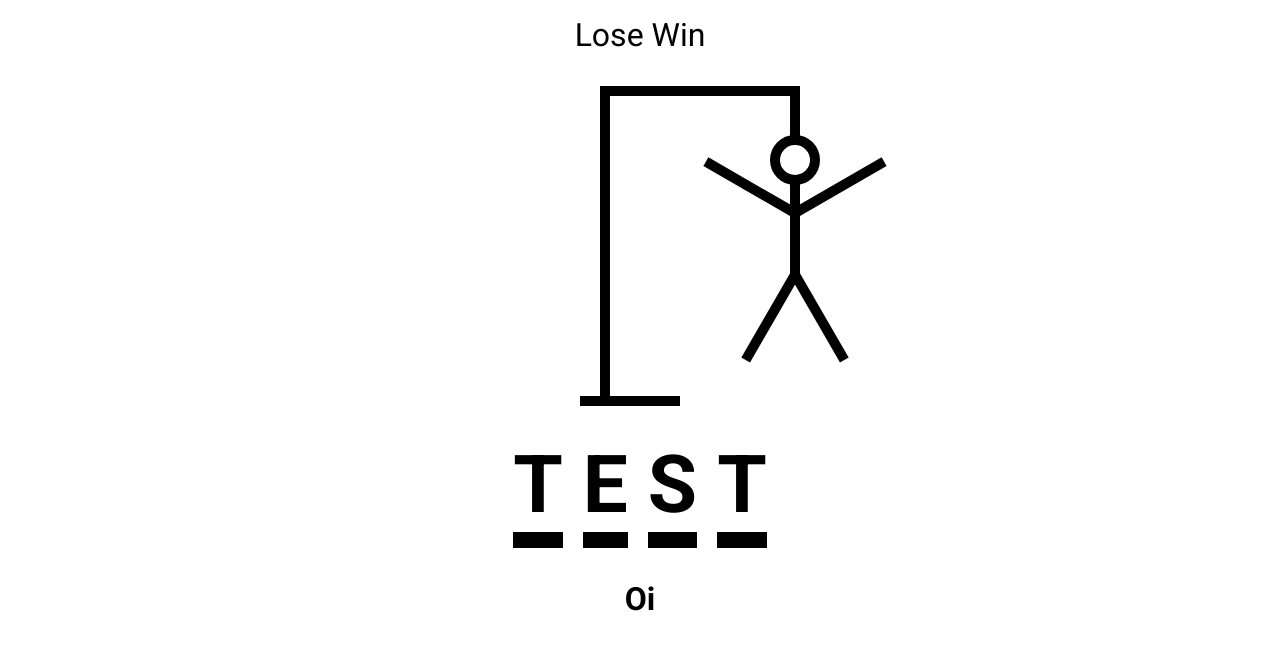
Repository: guilhermecardoso93/jogodaforca
Page: /
These files come from the project's save history. The page is drawn as it stood at one moment and after a run of saves; the edit follows.
The browser window is 1280 px wide. The pictures show the whole page.
The project was rebuilt for these pictures with package versions that can differ from the ones it lists, and the page was loaded fresh each time. Also part of the build but not shown: vite.config.ts.

Above is the page before, as saved 2022-12-06 21:15:31.

### index.html
<!DOCTYPE html>
<html lang="en">
  <head>
    <meta charset="UTF-8" />
    <link rel="icon" type="image/svg+xml" href="/vite.svg" />
    <meta name="viewport" content="width=device-width, initial-scale=1.0" />
    <link rel="preconnect" href="https://fonts.googleapis.com"><link
      rel="preconnect" href="https://fonts.gstatic.com" crossorigin><link
      href="https://fonts.googleapis.com/css2?family=Roboto:ital,wght@0,400;0,500;0,700;1,400&display=swap"
      rel="stylesheet">
    <title>Vite + React + TS</title>
  </head>
  <body>
    <div id="root"></div>
    <script type="module" src="/src/main.tsx"></script>
  </body>
</html>

### src/App.tsx
import { useState } from "react";
import words from "./wordList.json";

import { HangmanDrawing } from "./components/HangmanDrawing";
import { HangmanWord } from "./components/HangmanWord";
import { Keyboard } from "./components/Keyboard";

import "./App.css";

export function App() {
  const randomWords = () => {
    return words[Math.floor(Math.random() * words.length)];
  };

  const [wordToGuess, setWordToGuess] = useState(randomWords);
  const [guessedLetters, setGuessedLetters] = useState<string[]>([]);

  console.log(wordToGuess);
  return (
    <div className="container">
      <div className="loseOrWin">Lose Win</div>
      <HangmanDrawing />
      <HangmanWord />
      <Keyboard />
    </div>
  );
}

### src/wordList.json
[
  "capaz",
  "sobre",
  "absoluto",
  "aceitar",
  "conta",
  "alcançar",
  "através",
  "ativo",
  "real",
  "Admitem",
  "anunciar",
  "afetar",
  "proporcionar",
  "depois",
  "tarde",
  "novamente",
  "contra",
  "agente",
  "aceita",
  "permitir",
  "quase",
  "já",
  "tudo bem",
  "também",
  "Apesar",
  "sempre",
  "América",
  "quantia",
  "outro",
  "responda",
  "separado",
  "aparente",
  "aparecer",
  "Aplique",
  "nomear",
  "abordagem",
  "apropriado",
  "área",
  "argumentar",
  "arranjo",
  "associado",
  "presumir",
  "participar",
  "autoridade",
  "acessível",
  "consciente",
  "horrível",
  "bebê",
  "Saldo",
  "bola",
  "banco",
  "base",
  "base",
  "urso",
  "bater",
  "beleza",
  "Porque",
  "antes da",
  "começar",
  "acreditam",
  "beneficiar",
  "melhor",
  "entre",
  "conta",
  "nascimento",
  "Preto",
  "cara",
  "sangue",
  "golpe",
  "limite",
  "linha",
  "Lista",
  "ouço",
  "pequena",
  "viver",
  "carregar",
  "local",
  "trancar",
  "Londres",
  "grandes",
  "olhar",
  "senhor",
  "perder",
  "amor",
  "sorte",
  "almoço",
  "máquina",
  "faço",
  "gerir",
  "muitos",
  "marca",
  "mercado",
  "casar",
  "Combine",
  "matéria",
  "significa",
  "significado",
  "a medida",
  "encontrar",
  "membro",
  "menção",
  "meio",
  "poderia",
  "milha",
  "ouvir",
  "coração",
  "aquecer",
  "pesado",
  "inferno",
  "ajuda",
  "aqui",
  "Alto",
  "história",
  "aguarde",
  "feriado",
  "casa",
  "honesto",
  "esperança",
  "cavalo",
  "hospital",
  "hora",
  "lar",
  "Contudo",
  "olá",
  "centenas",
  "esposo",
  "idéia",
  "identificar",
  "Imagine",
  "importante",
  "melhorar",
  "incluir",
  "renda",
  "aumentar",
  "na verdade",
  "Individual",
  "indústria",
  "informar",
  "garantir",
  "interesse",
  "em",
  "introduzir",
  "investir",
  "envolver",
  "questão",
  "item",
  "Jesus",
  "Junte",
  "juiz",
  "pular",
  "apenas",
  "guarda",
  "matar",
  "Gentil",
  "rei",
  "cozinha",
  "bater",
  "conhecer",
  "trabalho",
  "senhora",
  "terra",
  "Língua",
  "ampla",
  "último",
  "tarde",
  "riso",
  "conduzir",
  "aprender",
  "sair",
  "deixei",
  "menos",
  "carta",
  "nível",
  "vida",
  "leve",
  "Curti",
  "provável",
  "cinco",
  "apartamento",
  "piso",
  "Segue",
  "Comida",
  "pé",
  "força",
  "esquecer",
  "Formato",
  "fortuna",
  "frente",
  "quatro",
  "França",
  "gratuitamente",
  "amigo",
  "a partir de",
  "frente",
  "cheio",
  "função",
  "fundo",
  "futuro",
  "jogos",
  "jardim",
  "em geral",
  "Alemanha",
  "menina",
  "dar",
  "vidro",
  "Boa",
  "adeus",
  "governo",
  "grande",
  "conceder",
  "excelente",
  "verde",
  "chão",
  "grupo",
  "crescer",
  "acho",
  "cabelo",
  "metade",
  "corredor",
  "mão",
  "pendurar",
  "acontecer",
  "feliz",
  "duro",
  "odiar",
  "tenho",
  "cabeça",
  "saúde"
]

### src/components/HangmanDrawing.tsx
const HEAD = (
  <div
    style={{
      width: "50px",
      height: "50px",
      borderRadius: "100%",
      border: "10px solid black",
      position: "absolute",
      top: "49px",
      right: "-20px",
    }}
  />
);

const BODY = (
  <div
    style={{
      width: "10px",
      height: "100px",
      background: "black",
      position: "absolute",
      top: "90px",
      right: 0,
    }}
  />
);

const RIGHT_ARM = (
  <div
    style={{
      width: "100px",
      height: "10px",
      background: "black",
      position: "absolute",
      top: "120px",
      right: "-100px",
      rotate: "-30deg",
      transformOrigin: "left bottom",
    }}
  />
);

const LEFT_ARM = (
  <div
    style={{
      width: "100px",
      height: "10px",
      background: "black",
      position: "absolute",
      top: "120px",
      right: "10px",
      rotate: "30deg",
      transformOrigin: "right bottom",
    }}
  />
);

const RIGHT_LEG = (
  <div
    style={{
      width: "100px",
      height: "10px",
      background: "black",
      position: "absolute",
      top: "180px",
      right: "-90px",
      rotate: "60deg",
      transformOrigin: "left bottom",
    }}
  />
);

const LEFT_LEG = (
  <div
    style={{
      width: "100px",
      height: "10px",
      background: "black",
      position: "absolute",
      top: "180px",
      right: 0,
      rotate: "-60deg",
      transformOrigin: "right bottom",
    }}
  />
);

const BODY_PARTS = [HEAD, BODY, RIGHT_ARM, LEFT_ARM, RIGHT_LEG, LEFT_LEG];

type HangmanDrawingProps = {
  numberOfGuesses: number
}

export function HangmanDrawing() {
  return (
    <div style={{ position: "relative" }}>
      {BODY_PARTS}
      <div
        style={{
          height: "50px",
          width: "10px",
          background: "black",
          position: "absolute",
          top: 0,
          right: 0,
        }}
      />
      <div
        style={{
          height: "10px",
          width: "200px",
          background: "black",
          marginLeft: "120px",
        }}
      />
      <div
        style={{
          height: "300px",
          width: "10px",
          background: "black",
          marginLeft: "120px",
        }}
      />
      <div style={{ height: "10px", width: "100px", marginLeft: '100px', background: "black" }} />
    </div>
  );
}

### src/components/HangmanWord.tsx
import "../App.css";

export function HangmanWord() {
  const word = 'test'
  return (
    <div className="HangmanWordContainer">
      {
        word.split('').map((letter, index) => (
          <span>{letter}</span>
        ))}
    </div>
  )
}

### src/components/Keyboard.tsx
export function Keyboard() {
  return (
    <div>
      <h1>Oi</h1>
    </div>
  )
}

### src/App.css
* {
  margin: 0;
  passing: 0;
  box-sizing: border-box;
  font-family: "Roboto", sans-serif;
}

body {
  margin: 1rem;
}

.container {
  max-width: 800px;
  display: flex;
  flex-direction: column;
  gap: 2rem;
  margin: 0 auto;
  align-items: center;
  justify-content: center;
}

.loseOrWin {
  font-size: 2rem;
  text-align: center;
}

.HangmanWordContainer {
  display: flex;
  gap: 0.25em;
  font-size: 5rem;
  font-weight: bold;
  text-transform: uppercase;
}

.HangmanWordContainer > span {
  border-bottom: 1rem solid black;
}

Loaded but not shown: src/main.tsx (common file)

After the next 3 saves:
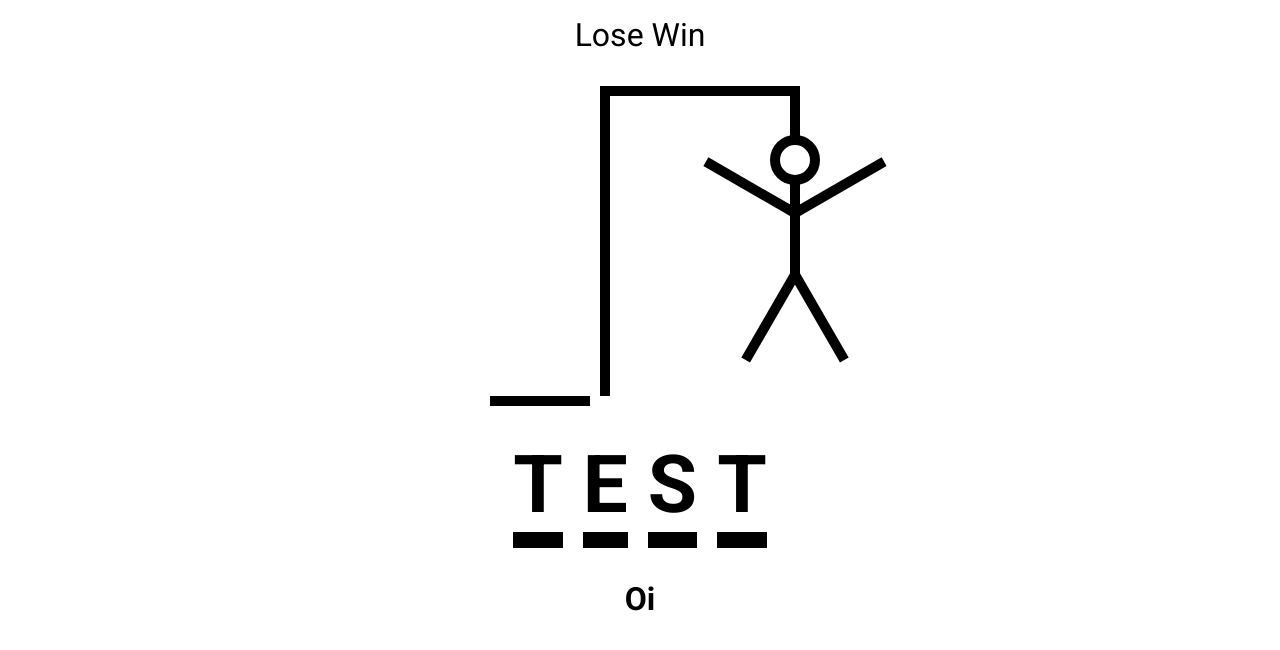
The 3 saves are shown as one change because they came seconds apart.
The last was saved 11 s later.
--- a/src/components/HangmanDrawing.tsx
+++ b/src/components/HangmanDrawing.tsx
@@ -121,7 +121,7 @@ export function HangmanDrawing() {
           marginLeft: "120px",
         }}
       />
-      <div style={{ height: "10px", width: "100px", marginLeft: '100px', background: "black" }} />
+      <div style={{ height: "10px", width: "100px", marginLeft: '10px', background: "black" }} />
     </div>
   );
 }
